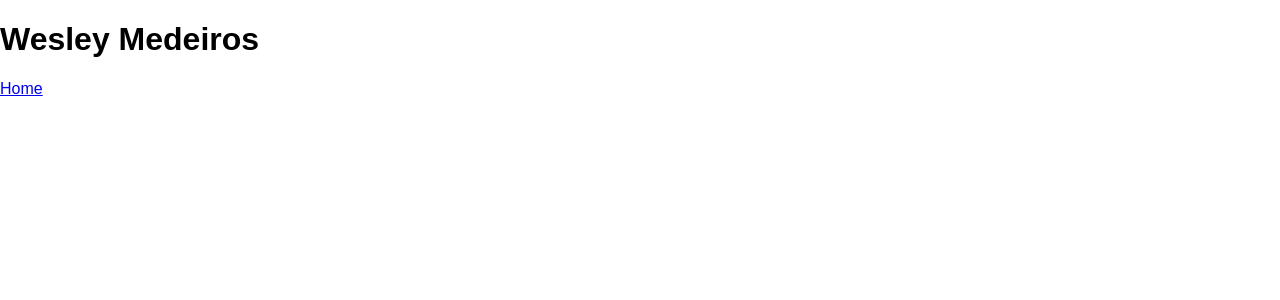
Repository: Luandro-com/wmedeiros
Page: /about
These files come from the project's save history. The page is drawn as it stood at one moment and after the next save; the edit follows.
The browser window is 1280 px wide. The pictures show the whole page.
The project was rebuilt for these pictures with package versions that can differ from the ones it lists, and the page was loaded fresh each time. Also part of the build but not shown: src/components/Header.css, src/components/Home.js, src/components/App.css.

Above is the page before, as saved 2018-01-30 16:43:40.

### src/components/App.js
import React, { Component } from 'react';
import {
  BrowserRouter as Router,
  Route
} from 'react-router-dom';
// import ProgressiveImage from 'react-progressive-image';
import Header from './Header';
import Home from './Home';
import './App.css';

class App extends Component {
  render() {
    return (
      <Router>
        <Header />
        <Route exact path="/" component={Home}/>
      </Router>
    );
  }
}

export default App;

### src/components/Header.js
import React, { Component } from 'react';
import { Link } from 'react-router-dom';
import './Header.css';

class Header extends Component {
  render() {
    return (
        <header className="Header">
          <h1 className="Header-logo">Wesley Medeiros</h1>
          <div className="Header-nav">
            <Link to="/">Home</Link>
          </div>
        </header>
    );
  }
}

export default Header;

Loaded but not shown: public/index.html (common file); src/index.js (common file); src/index.css (common file); src/registerServiceWorker.js (common file)

After the next save:
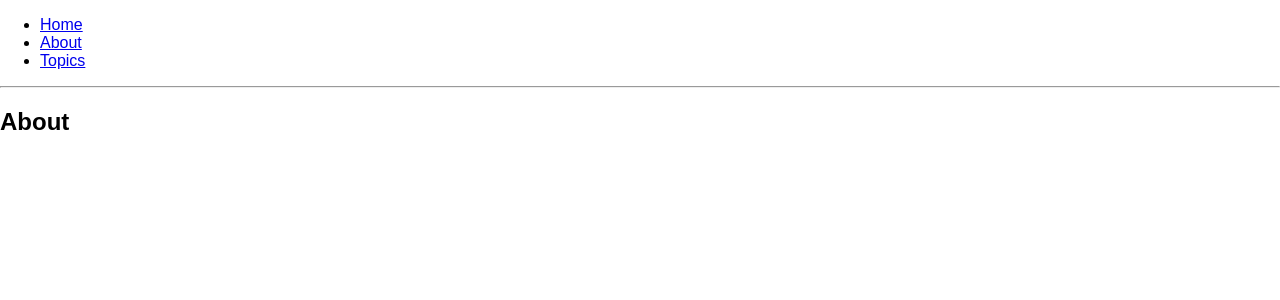
Saved 53 s later.
--- a/src/components/App.js
+++ b/src/components/App.js
@@ -1,22 +1,71 @@
-import React, { Component } from 'react';
+import React from 'react'
 import {
   BrowserRouter as Router,
-  Route
-} from 'react-router-dom';
-// import ProgressiveImage from 'react-progressive-image';
-import Header from './Header';
-import Home from './Home';
-import './App.css';
+  Route,
+  Link
+} from 'react-router-dom'
 
-class App extends Component {
-  render() {
-    return (
-      <Router>
-        <Header />
-        <Route exact path="/" component={Home}/>
-      </Router>
-    );
-  }
-}
+const Home = () => (
+  <div>
+    <h2>Home</h2>
+  </div>
+)
 
-export default App;
+const About = () => (
+  <div>
+    <h2>About</h2>
+  </div>
+)
+
+const Topic = ({ match }) => (
+  <div>
+    <h3>{match.params.topicId}</h3>
+  </div>
+)
+
+const Topics = ({ match }) => (
+  <div>
+    <h2>Topics</h2>
+    <ul>
+      <li>
+        <Link to={`${match.url}/rendering`}>
+          Rendering with React
+        </Link>
+      </li>
+      <li>
+        <Link to={`${match.url}/components`}>
+          Components
+        </Link>
+      </li>
+      <li>
+        <Link to={`${match.url}/props-v-state`}>
+          Props v. State
+        </Link>
+      </li>
+    </ul>
+
+    <Route path={`${match.url}/:topicId`} component={Topic}/>
+    <Route exact path={match.url} render={() => (
+      <h3>Please select a topic.</h3>
+    )}/>
+  </div>
+)
+
+const App = () => (
+  <Router>
+    <div>
+      <ul>
+        <li><Link to="/">Home</Link></li>
+        <li><Link to="/about">About</Link></li>
+        <li><Link to="/topics">Topics</Link></li>
+      </ul>
+
+      <hr/>
+
+      <Route exact path="/" component={Home}/>
+      <Route path="/about" component={About}/>
+      <Route path="/topics" component={Topics}/>
+    </div>
+  </Router>
+)
+export default App
